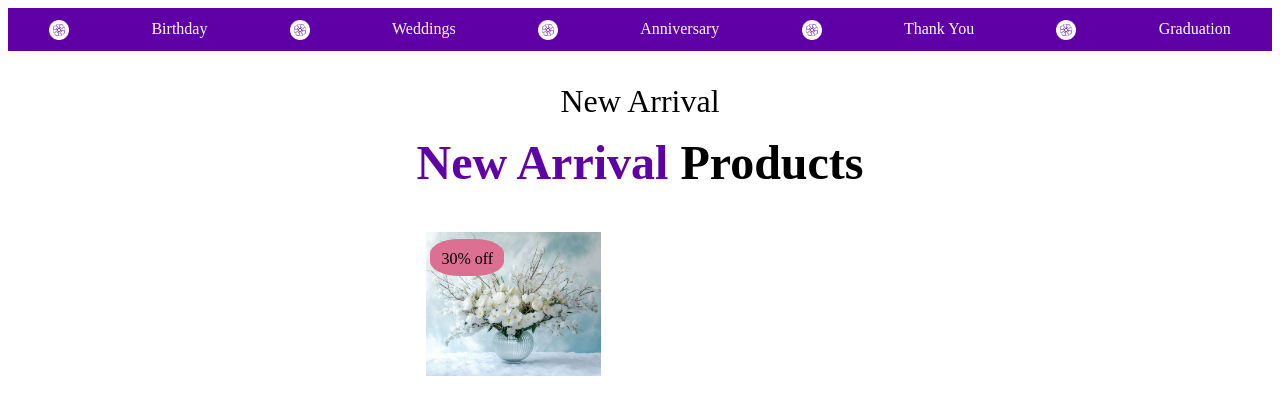
Repository: KolawoleTemilade/classroom-learning
Page: newarrival/index.html
An editor plug-in stored every save of this project. The page is shown before and after the next save, followed by the edit.
The browser window is 1280 px wide. The pictures show the whole page.

Above is the page before, as saved 2025-10-01 21:30:26.

### newarrival/index.html
<!DOCTYPE html>
<html lang="en">
  <head>
    <meta charset="UTF-8" />
    <meta name="viewport" content="width=h, initial-scale=1.0" />
    <title>new arrival</title>
    <link rel="stylesheet" href="style.css" />
  </head>
  <body>
    <section class="new-arrival-sect">
      <div class="marq-sect">
        <div class="marque">
          <img
            src="../newarrival/images/icons/marqueflower.png"
            alt="flower-icon"
            width="20"
            height="20"
          />
          <span>birthday</span>
          <img
            src="../newarrival/images/icons/marqueflower.png"
            alt="flower-icon"
            width="20"
            height="20"
          />
          <span>weddings</span>
          <img
            src="../newarrival/images/icons/marqueflower.png"
            alt="flower-icon"
            width="20"
            height="20"
          />
          <span>anniversary</span>
          <img
            src="../newarrival/images/icons/marqueflower.png"
            alt="flower-icon"
            width="20"
            height="20"
          />
          <span>thank you</span>
          <img
            src="../newarrival/images/icons/marqueflower.png"
            alt="flower-icon"
            width="20"
            height="20"
          />
          <span>graduation</span>
        </div>
      </div>
      <div class="new-arrival">
        <div class="new-arrival-title">
          <p class="title1">
            new arrival
            <span class="title2">new arrival <span class="product-title">products</span></span>
          </p>
        </div>
        <div class="new-arrival-product-card">
          <div class="product-card">
            <div class="img-sect">
              <img src="./images/new-arrival/flower1.png" alt="flower1" width="200" height="2 ,8>00" />
              <div class="absolute-container">
                <p class="slash">30% off</p>
              </div>
            </div>
            <div class="text-sect"></div>
          </div>
        </div>
      </div>
    </section>
  </body>
</html>

### newarrival/style.css
.new-arrival-sect{
    display: flex;
    flex-direction: column;
    align-items: center;
    justify-content: center;
}

.marq-sect{
    background-color: #5E00A6;
    height:6vh;
    width: 100%;
    align-content: center;
}
.marque {
    display: flex;
    align-content: center;
    justify-content:space-around ;
}
.marque > span {
    text-transform: capitalize;
    color: white;
}
.title1{
    font-size: 2rem;
    display: flex;
    flex-direction: column;
    align-items: center;
    justify-content: center;
    gap: 15px;
    text-transform: capitalize;
}
.title2 {
    font-size: 3rem;
    color: #5E00A6;
    font-weight: 700;
}
.product-title{
    color: black;
    font-size: 3rem;
    font-weight: 700;
}

.product-card {
    display: flex;
    padding: 10px;
    background: white;
}
.img-sect {
    position: relative;

}
.img-sect >img{
    width: 100%;
    height: 20vh;
}
.absolute-container > p{
    /* width: 100%; */
}
.slash {
    position: absolute;
    top: 2%;
    background: palevioletred;
    padding: 10px;
    margin: 4px;
    height: 2vh;
    border: 1px solid transparent;
    border-radius: 40%;
}

After the next save:
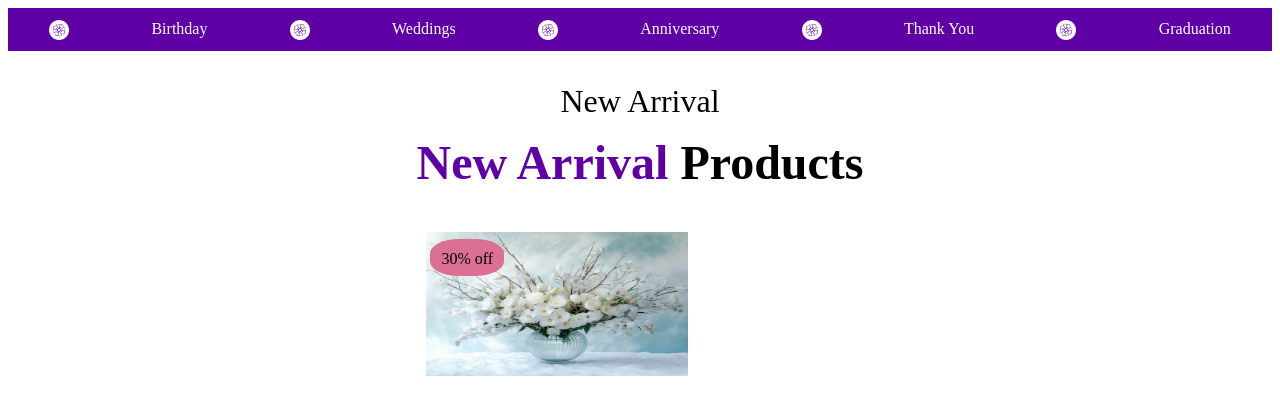
Saved 32 s later.
--- a/newarrival/style.css
+++ b/newarrival/style.css
@@ -50,7 +50,7 @@
 
 }
 .img-sect >img{
-    width: 100%;
+    width: 150%;
     height: 20vh;
 }
 .absolute-container > p{
